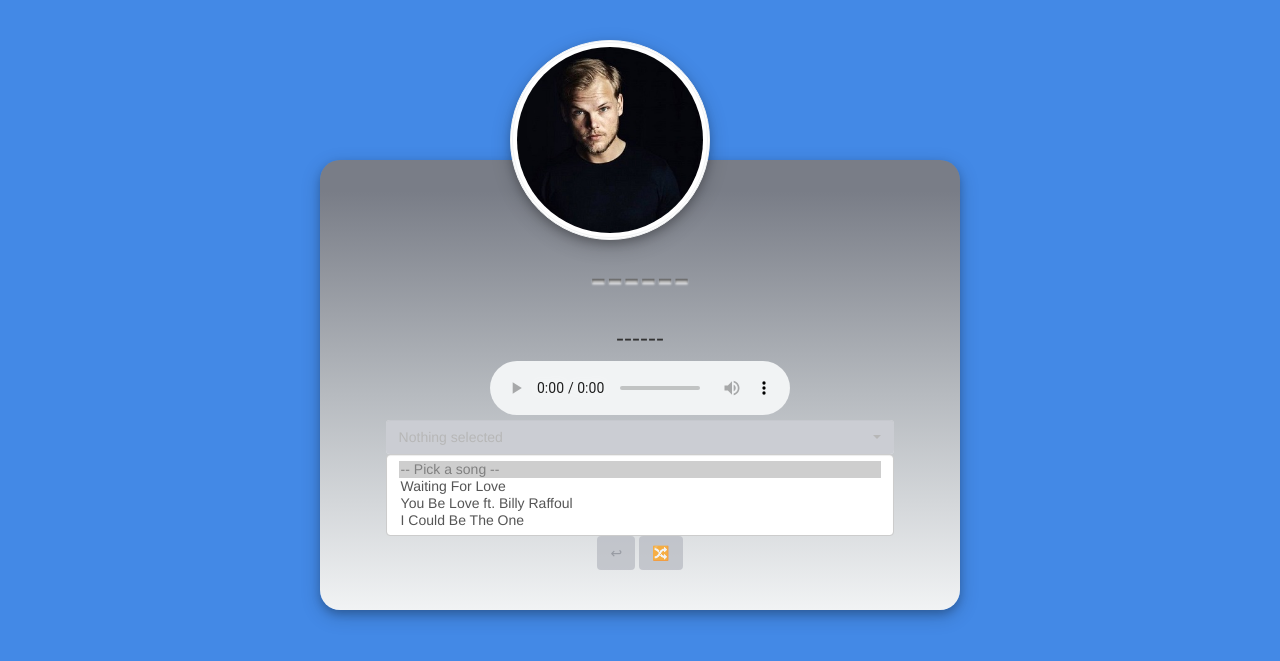
Repository: StanRodriguez/musicplayer
Page: index.html
The author's editor kept a record of every edit. The page is drawn from the files as they stood at one moment, then again after the next edit.
The browser window is 1280 px wide. The pictures show the whole page.
Some web libraries are served in a nearby version.

Above is the page before.

After the next edit:
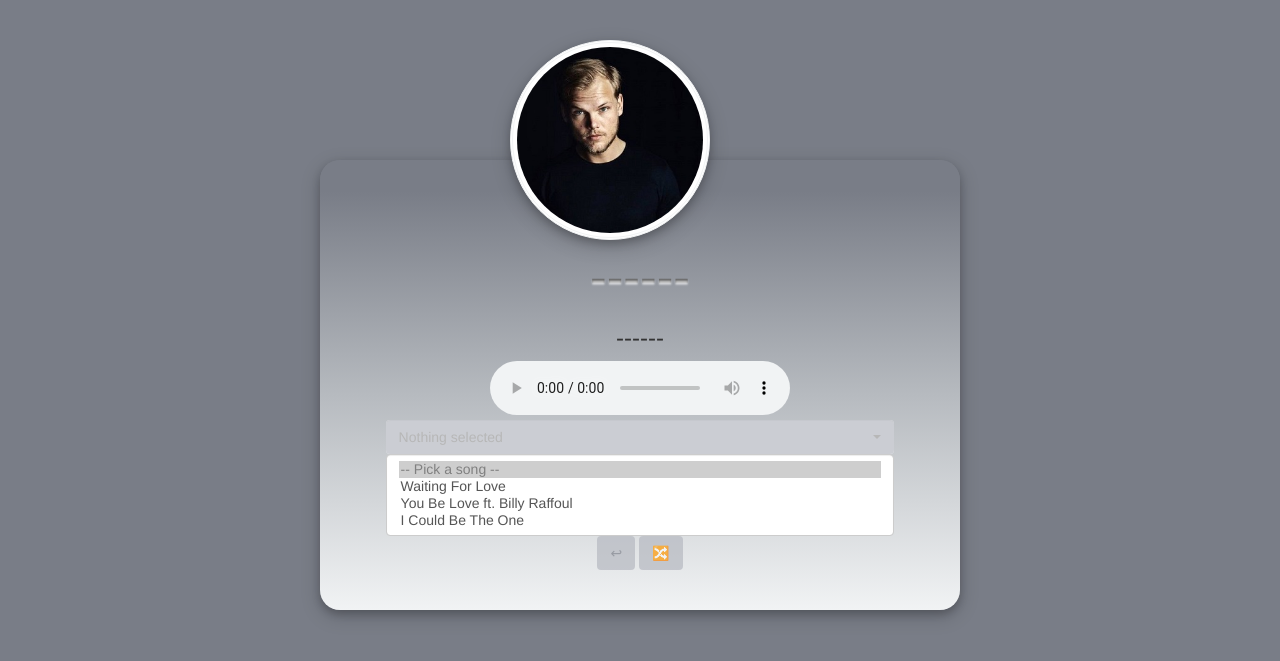
The edit:
--- a/css/main.css
+++ b/css/main.css
@@ -3,8 +3,8 @@
 }
 
 body {
-background: rgb(67,137,230) !important;
-background: linear-gradient(180deg, rgba(67,137,230,1) 0%, rgba(93,177,198,1) 56%, rgba(132,238,150,1) 78%, rgba(156,226,134,1) 95%);
+background: rgb(121,125,135) !important;
+background: linear-gradient(180deg, rgba(121,125,135,1) 7%, rgba(182,186,191,1) 73%, rgba(199,203,207,1) 90%);
     font-family: 'Raleway', sans-serif;
 }
 
